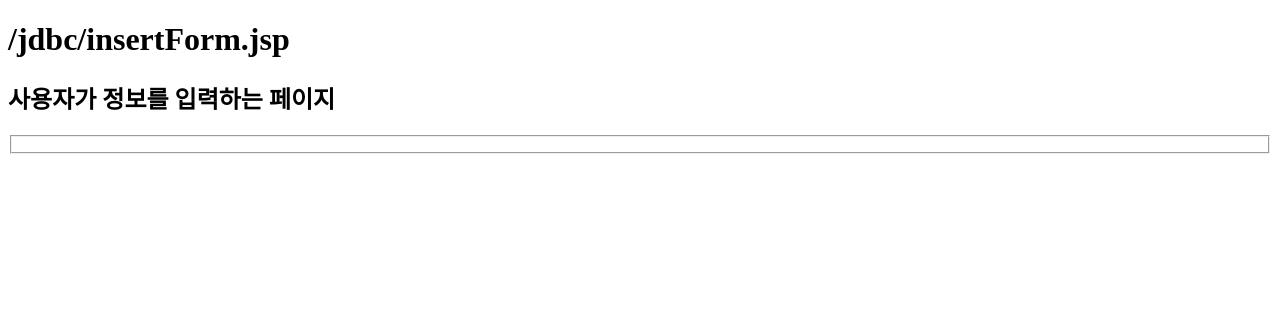
Repository: HeeYoung9/young9
Page: http://localhost/JSP7/JDBC/insertForm.jsp
These files come from the project's save history. The page is drawn as it stood at one moment and after the next save; the edit follows.
The browser window is 1280 px wide. The pictures show the whole page.
The page is served by Tomcat 9.

Above is the page before, as saved 2023-08-28 02:39:16.

After the next save:
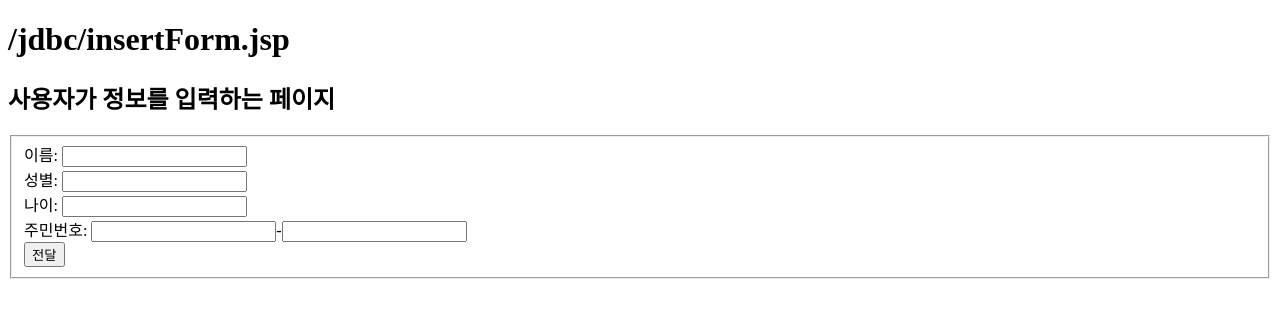
Saved 101 s later.
--- a/JSP7/src/main/webapp/JDBC/insertForm.jsp
+++ b/JSP7/src/main/webapp/JDBC/insertForm.jsp
@@ -15,6 +15,12 @@
 <fieldset>
 <form action ="">
 
+	이름: <input> <br>
+	성별: <input> <br>
+	나이: <input> <br>
+	주민번호: <input>-<input> <br>
+
+	<input type="submit" value="전달">
 
 </form>
 </fieldset>
